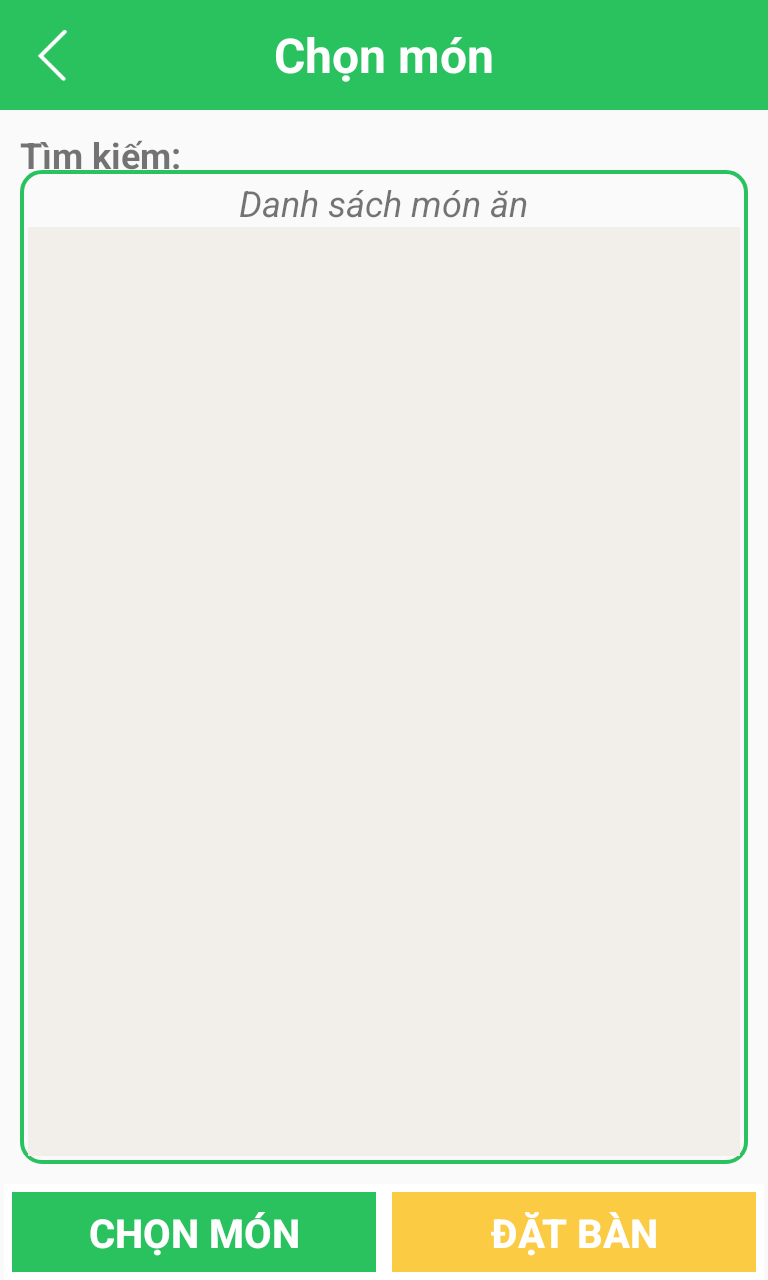
Repository: yenthanh132/Intelresment_AndroidClientApp
Layout: Intelresment/res/layout/activity_order.xml
An editor plug-in stored every save of this project. The layout is shown before and after the next save, followed by the edit.
It is drawn on a 768 x 1280 px phone screen (xhdpi) without system bars, with theme AppTheme; the app's code is not run. Lists and similar views that code fills are empty.

Above is the layout before, as saved 2014-12-27 07:47:12.

### Intelresment/res/layout/activity_order.xml
<?xml version="1.0" encoding="utf-8"?>
<RelativeLayout xmlns:android="http://schemas.android.com/apk/res/android"
    android:layout_width="match_parent"
    android:layout_height="match_parent" >

    <RelativeLayout
        android:id="@+id/header"
        android:layout_width="match_parent"
        android:layout_height="wrap_content"
        android:background="#2AC25F"
        android:padding="10dp" >

        <ImageButton
            android:id="@+id/btnBack"
            android:layout_width="35dp"
            android:layout_height="35dp"
            android:background="@drawable/transparent_button"
            android:scaleType="fitXY"
            android:src="@drawable/back" />

        <TextView
            android:id="@+id/tvLabel1"
            android:layout_width="wrap_content"
            android:layout_height="wrap_content"
            android:layout_centerInParent="true"
            android:text="Chọn món"
            android:textColor="#fff"
            android:textSize="24sp"
            android:textStyle="bold" />
    </RelativeLayout>

    <RelativeLayout
        android:id="@+id/panelDetail"
        android:layout_width="match_parent"
        android:layout_height="wrap_content"
        android:layout_above="@+id/panelButton"
        android:layout_below="@+id/header"
        android:padding="10dp" >

        <TextView
            android:id="@+id/tvLabel2"
            android:layout_width="wrap_content"
            android:layout_height="wrap_content"
            android:text="Tìm kiếm: "
            android:textSize="18sp"
            android:textStyle="bold" />



        <RelativeLayout
            android:id="@+id/panelFood"
            android:layout_width="match_parent"
            android:layout_height="wrap_content"
            android:layout_below="@+id/txtFilter"
            android:layout_marginTop="20dp"
            android:background="@drawable/oval_rectangle"
            android:padding="4dp" >

            <TextView
                android:id="@+id/tvLabel3"
                android:layout_width="wrap_content"
                android:layout_height="wrap_content"
                android:layout_centerHorizontal="true"
                android:text="Danh sách món ăn"
                android:textSize="18sp"
                android:textStyle="italic" />

            <GridView
                android:id="@+id/gvFood"
                android:layout_width="match_parent"
                android:layout_height="match_parent"
                android:layout_below="@+id/tvLabel3"
                android:background="#F2EEE9" >
            </GridView>
        </RelativeLayout>
    </RelativeLayout>

    <LinearLayout
        android:id="@+id/panelButton"
        android:layout_width="match_parent"
        android:layout_height="wrap_content"
        android:layout_alignParentBottom="true"
        android:paddingLeft="2dp"
        android:paddingRight="2dp"
        android:weightSum="2" >

        <Button
            android:id="@+id/btnChooseFood"
            android:layout_width="match_parent"
            android:layout_height="wrap_content"
            android:layout_weight="1"
            android:background="@drawable/green_button"
            android:padding="10dp"
            android:text="Chọn món"
            android:textColor="#fff"
            android:textSize="20sp"
            android:textStyle="bold" />

        <Button
            android:id="@+id/btnOrder"
            android:layout_width="match_parent"
            android:layout_height="wrap_content"
            android:layout_weight="1"
            android:background="@drawable/orange_button"
            android:padding="10dp"
            android:text="Đặt bàn"
            android:textColor="#fff"
            android:textSize="20sp"
            android:textStyle="bold" />
    </LinearLayout>

</RelativeLayout>

### Intelresment/res/drawable/transparent_button.xml
<?xml version="1.0" encoding="utf-8"?>
<selector xmlns:android="http://schemas.android.com/apk/res/android">

    <item android:state_pressed="true"><shape>
            <solid android:color="#0E9174" />
        </shape></item>
    <item><shape>
            <solid android:color="#00000000" />
        </shape></item>

</selector>

### Intelresment/res/drawable/oval_rectangle.xml
<?xml version="1.0" encoding="utf-8"?>
<shape xmlns:android="http://schemas.android.com/apk/res/android" >

    <corners android:radius="10dp" />

    <stroke
        android:width="2dp"
        android:color="#2AC25F" />

</shape>

### Intelresment/res/drawable/green_button.xml
<?xml version="1.0" encoding="utf-8"?>
<selector xmlns:android="http://schemas.android.com/apk/res/android">

    <item android:state_pressed="true"><shape>
            <solid android:color="#0E9174" />

            <stroke android:width="4dp" android:color="#fff" />

            <padding android:bottom="10dp" android:left="10dp" android:right="10dp" android:top="10dp" />
        </shape></item>
    <item><shape>
            <solid android:color="#2AC25F" />

            <stroke android:width="4dp" android:color="#fff" />


        </shape></item>

</selector>

### Intelresment/res/drawable/orange_button.xml
<?xml version="1.0" encoding="utf-8"?>
<selector xmlns:android="http://schemas.android.com/apk/res/android">

    <item android:state_pressed="true"><shape>
            <solid android:color="#0E9174" />

            <stroke android:width="4dp" android:color="#fff" />

            <padding android:bottom="10dp" android:left="10dp" android:right="10dp" android:top="10dp" />
        </shape></item>
    <item><shape>
            <solid android:color="#FBCB43" />

            <stroke android:width="4dp" android:color="#fff" />


        </shape></item>

</selector>

Loaded but not shown: Intelresment/res/values/styles.xml (common file); Intelresment/res/values-v11/styles.xml (common file); Intelresment/res/values-v14/styles.xml (common file)

After the next save:
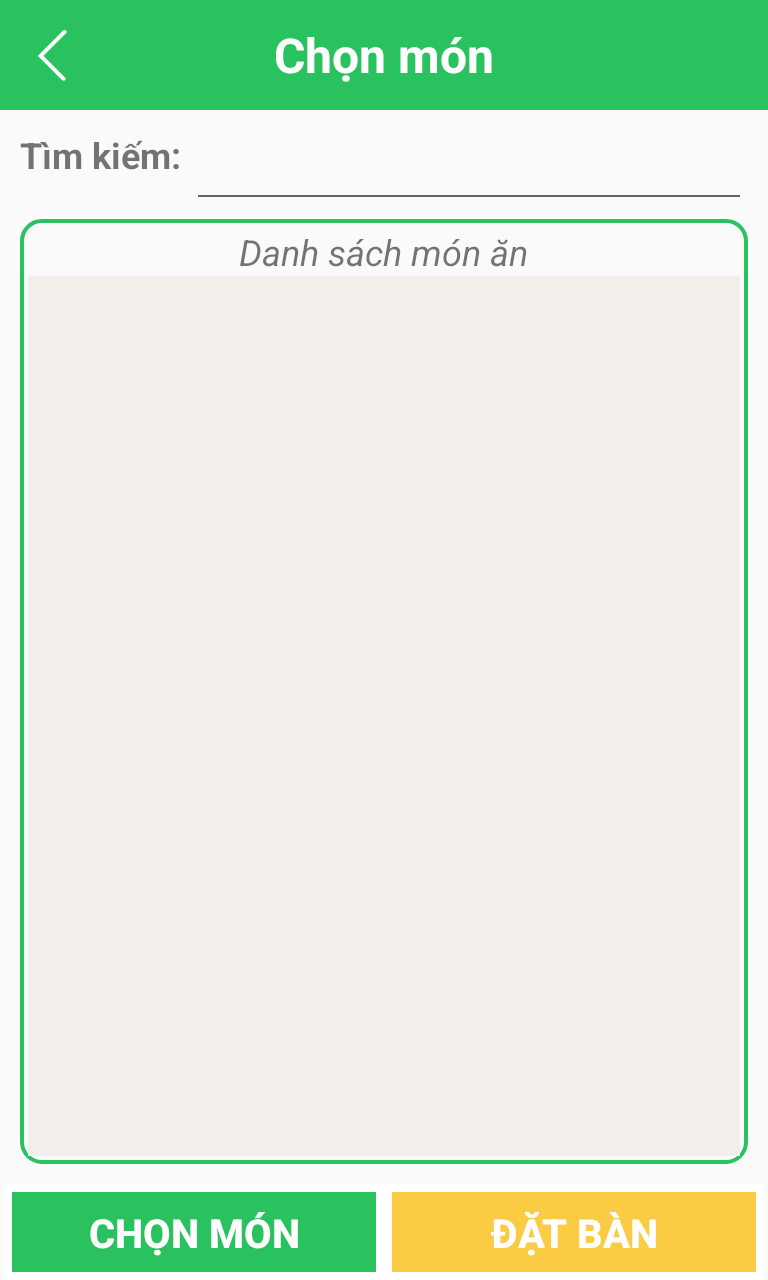
Saved 7 s later.
--- a/Intelresment/res/layout/activity_order.xml
+++ b/Intelresment/res/layout/activity_order.xml
@@ -45,13 +45,17 @@
             android:textSize="18sp"
             android:textStyle="bold" />
 
-
+        <EditText
+            android:id="@+id/txtFilter"
+            android:layout_width="match_parent"
+            android:layout_height="wrap_content"
+            android:layout_toRightOf="@+id/tvLabel2" />
 
         <RelativeLayout
             android:id="@+id/panelFood"
             android:layout_width="match_parent"
             android:layout_height="wrap_content"
-            android:layout_below="@+id/txtFilter"
+            android:layout_below="@+id/tvLabel2"
             android:layout_marginTop="20dp"
             android:background="@drawable/oval_rectangle"
             android:padding="4dp" >
